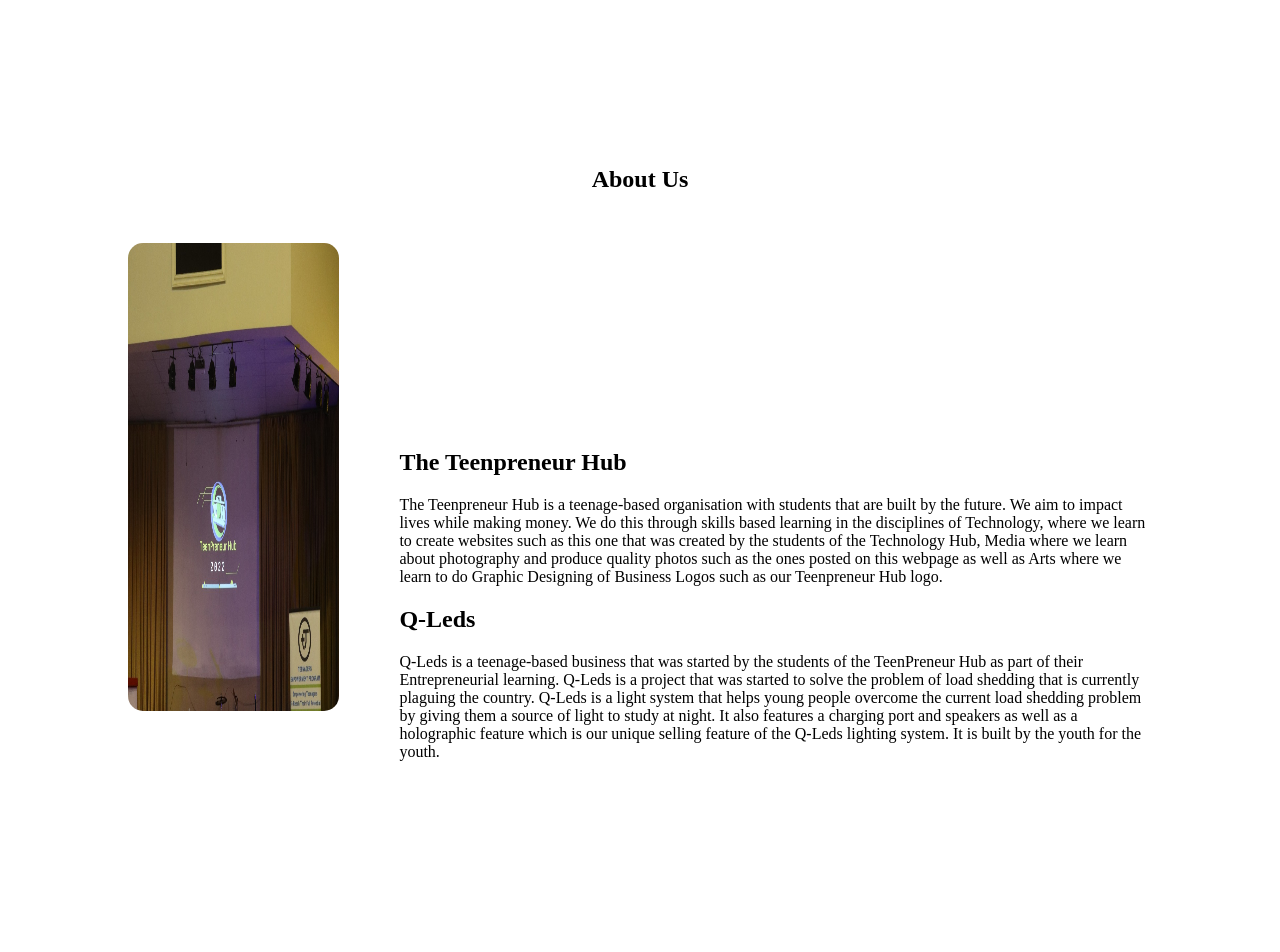
Repository: chadrackkyungu/4-BCT-TPH-Website
Page: index.html
The author's editor kept a copy of each file at every save. The page is drawn from the files as they stood at one save, then again after the next save.
The browser window is 1280 px wide. The pictures show the part of the page from y = 824 to 1776 px (the page is 2781 px tall).
A picture or video elsewhere on the page could not be fetched, so the positions and the page height are approximate.

Above is the page before, as saved 2022-10-21 09:19:39.

After the next save:
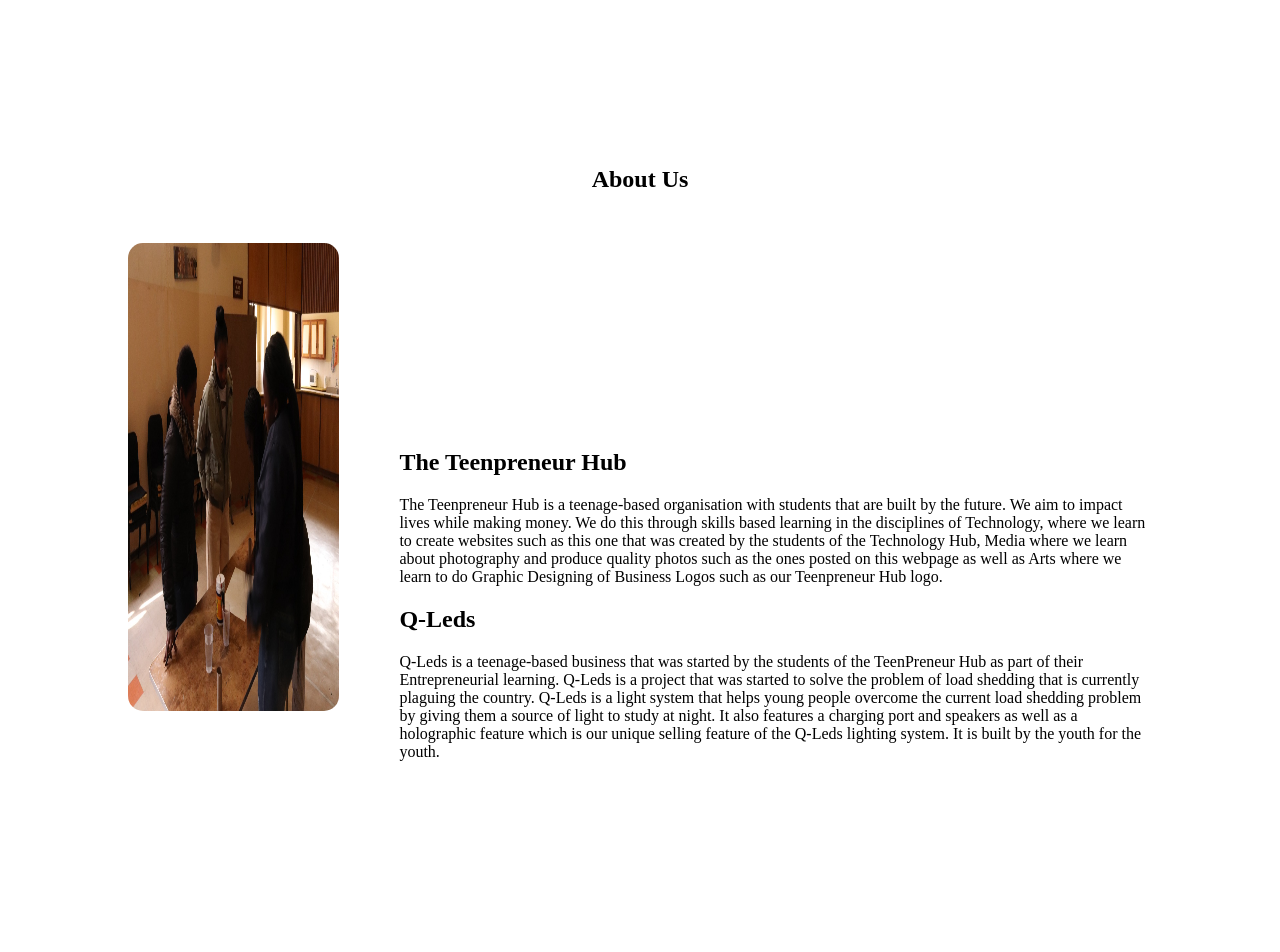
Saved 7 s later.
--- a/index.html
+++ b/index.html
@@ -44,7 +44,7 @@
 
         <div class="aboutcontainer">
             <div class="image-container">
-                <img src="./src/images/img-4.jpeg" alt="">
+                <img src="./src/images/img-5.jpeg" alt="">
             </div>
 
 
